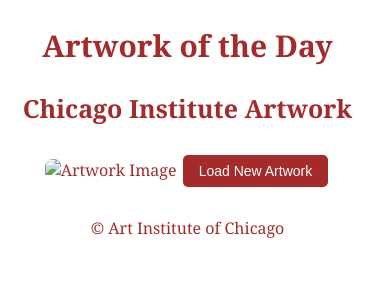
Repository: Bearandbird/amber-hinojos-API-project-haumea
Page: index.html
An editor plug-in stored every save of this project. The page is shown before and after the next save, followed by the edit.
The browser window is 375 px wide. The pictures show the whole page.
The page's requests for data from a server got no answer.

Above is the page before, as saved 2024-05-27 18:43:40.

After the next save:
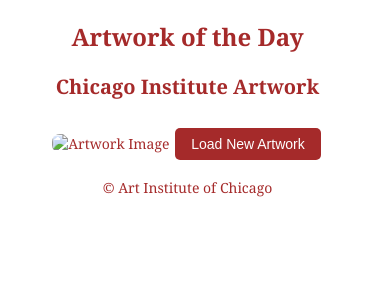
Saved 114 s later.
--- a/index.css
+++ b/index.css
@@ -89,6 +89,50 @@
         padding: 8px 16px;
         font-size: 14px;
     }
+
+    /* Adjust other styles for small devices */
+    body {
+        font-size: 14px;
+    }
+
+    h1 {
+        font-size: 24px;
+    }
+
+    h2 {
+        font-size: 20px;
+    }
+
+    h3 {
+        font-size: 18px;
+    }
+
+    #artistTitleId {
+        font-size: 18px;
+    }
+
+    .artistDates {
+        font-size: 14px;
+    }
+
+    .container {
+        max-width: 100%; /* Adjust container width */
+        padding: 10px; /* Adjust padding */
+    }
+
+    img {
+        max-width: 100%; /* Adjust image width */
+        margin-bottom: 10px; /* Adjust margin */
+    }
+
+    .artwork-info {
+        font-size: 14px;
+    }
+
+    .error-message {
+        font-size: 14px;
+    }
+}
 }
 
 /* Media query for tablets and larger devices */
